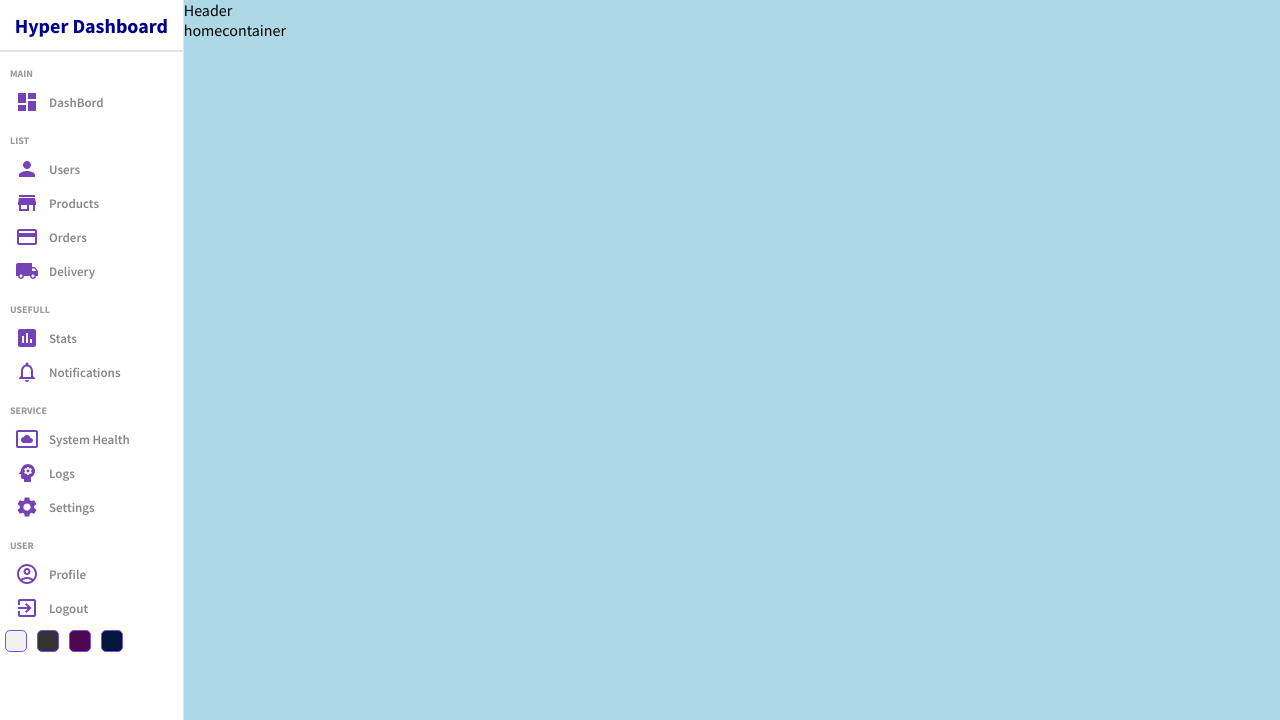
Repository: kenyi-mic/DashBoard
Page: /
The author's editor kept a copy of each file at every save. The page is drawn from the files as they stood at one save, then again after the next save.
The browser window is 1280 px wide. The pictures show the whole page.
The project was rebuilt for these pictures with package versions that can differ from the ones it lists, and the page was loaded fresh each time. Also part of the build but not shown: src/components/Header/header.scss, src/pages/list/List.jsx. Imported but missing from the stored project, and not drawn on this page: src/pages/login/Login, src/pages/new/New, src/pages/single/Single.

Above is the page before, as saved 2022-05-17 11:31:25.

### public/index.html
<!DOCTYPE html>
<html lang="en">

<head>
  <meta charset="utf-8" />
  <meta name="viewport" content="width=device-width, initial-scale=1" />
  <meta name="theme-color" content="#000000" />
  <meta name="description" content="Web site created using create-react-app" />
  <link rel="preconnect" href="https://fonts.googleapis.com">
  <link rel="preconnect" href="https://fonts.gstatic.com" crossorigin>
  <link
    href="https://fonts.googleapis.com/css2?family=Nunito:wght@200;300;400;500;600;700;800;900&family=Source+Sans+Pro:wght@200;300;400;600;700;900&display=swap"
    rel="stylesheet">
  <title>Hyper Dashboard</title>
  <style>
    * {
      margin: 0;
      font-family: 'Nunito', sans-serif;
      font-family: 'Source Sans Pro', sans-serif;
    }
  </style>
</head>

<body>
  <div id="root"></div>

</body>

</html>

### src/App.js
import { BrowserRouter, Routes, Route } from "react-router-dom";
import Home from "./pages/home/Home";
import Login from "./pages/login/Login";
import List from "./pages/list/List";
import Single from "./pages/single/Single";
import New from "./pages/new/New";

function App() {
  return (
    <div className="App">
      <BrowserRouter>
        <Routes>
          <Route path="/">
            <Route index element={<Home />} />
            <Route path="login" element={<Login />} />
            <Route path="users">
              <Route index element={<List />} />
              <Route path=":userId" element={<Single />} />
              <Route path="new" element={<New />} />
            </Route>
            <Route path="products">
              <Route index element={<List />} />
              <Route path=":productId" element={<Single />} />
              <Route path="new" element={<New />} />
            </Route>
          </Route>
        </Routes>
      </BrowserRouter>
    </div>
  );
}

export default App;

### src/pages/home/Home.jsx
import React from "react";
import Header from "../../components/Header/Header";
import Sidebar from "../../components/sidebar/Sidebar";
import "./home.scss";

function Home() {
  return (
    <div className="home">
      <Sidebar />
      <div className="homeContainer">
        <Header />
        homecontainer
      </div>
    </div>
  );
}

export default Home;

### src/components/Header/Header.jsx
import React from 'react'
import './header.scss'

function Header() {
  return (
    <div className="header">Header</div>
  )
}

export default Header

### src/components/sidebar/Sidebar.jsx
import React from "react";
import "./sidebar.scss";
import DashboardIcon from "@mui/icons-material/Dashboard";
import PersonIcon from "@mui/icons-material/Person";
import StoreIcon from "@mui/icons-material/Store";
import LocalShippingIcon from "@mui/icons-material/LocalShipping";
import PaymentIcon from "@mui/icons-material/Payment";
import InsertChartIcon from "@mui/icons-material/InsertChart";
import NotificationsNoneIcon from "@mui/icons-material/NotificationsNone";
import SettingsSystemDaydreamIcon from "@mui/icons-material/SettingsSystemDaydream";
import PsychologyIcon from "@mui/icons-material/Psychology";
import SettingsIcon from "@mui/icons-material/Settings";
import AccountCircleOutlinedIcon from "@mui/icons-material/AccountCircleOutlined";
import ExitToAppOutlinedIcon from "@mui/icons-material/ExitToAppOutlined";

function Sidebar() {
  return (
    <div className="sidebar">
      <div className="top">
        <span className="logo">Hyper Dashboard</span>
      </div>
      <hr className="ruler" />
      <div className="center">
        <ul className="list-group">
          <p className="title">MAIN</p>
          <li>
            <DashboardIcon className="icon" />
            <span>DashBord</span>
          </li>
          <p className="title">LIST</p>
          <li>
            <PersonIcon className="icon" />
            <span>Users</span>
          </li>
          <li>
            <StoreIcon className="icon" />
            <span>Products</span>
          </li>
          <li>
            <PaymentIcon className="icon" />
            <span>Orders</span>
          </li>
          <li>
            <LocalShippingIcon className="icon" />
            <span>Delivery</span>
          </li>
          <p className="title">USEFULL</p>
          <li>
            <InsertChartIcon className="icon" />
            <span>Stats</span>
          </li>
          <li>
            <NotificationsNoneIcon className="icon" />
            <span>Notifications</span>
          </li>
          <p className="title">SERVICE</p>
          <li>
            <SettingsSystemDaydreamIcon className="icon" />
            <span>System Health</span>
          </li>
          <li>
            <PsychologyIcon className="icon" />
            <span>Logs</span>
          </li>
          <li>
            <SettingsIcon className="icon" />
            <span>Settings</span>
          </li>
          <p className="title">USER</p>
          <li>
            <AccountCircleOutlinedIcon className="icon" />
            <span>Profile</span>
          </li>
          <li>
            <ExitToAppOutlinedIcon className="icon" />
            <span>Logout</span>
          </li>
        </ul>
      </div>
      <div className="bottom">
        <div className="colorOption"></div>
        <div className="colorOption"></div>
        <div className="colorOption"></div>
        <div className="colorOption"></div>
      </div>
    </div>
  );
}

export default Sidebar;

### src/pages/home/home.scss
.home{
    display: flex;
    .homeContainer{
        background-color: lightblue;
        flex:6;
    }
}

### src/components/sidebar/sidebar.scss
.sidebar{
    flex: 1;
    border-right: 0.5px solid rgb(230, 227, 227);
    min-height: 100vh;
    background-color:white !important;
    .top{
        height:50px;
        display: flex;
        align-items: center;
        justify-content: center;
        .logo{
            font-size: 20px;
            font-weight: bold;
            color: darkblue;
        }
    }
    hr{
        height: 0px;
        border: 0.5px solid rgb(230, 227, 227);
    }

    .center{
        padding-left: 10px;
        ul{
            list-style: none;
            margin: 0px;
            padding: 0px;
            .title{
                font-size:10px;
                font-weight:bold;
                color:#999;
                margin-top: 15px;
                margin-bottom:5px;
            }
            li{
                display: flex;
                align-items: center;
                padding: 5px;
                &:hover{
                    background-color:rgb(212, 212, 224);
                }
                .icon{
                    font: size 18px;
                    color: rgb(117, 67, 182)

                }
                span{
                    font-size:13px;
                    font-weight: 600;
                    color:#888;
                    margin-left:10px;
                }
            }
        }
    }
    .bottom{
        display: flex;
        .colorOption{
            width: 20px;
            height:20px;
            border-radius:5px;
            border: 1px solid #7451f8;
            cursor: pointer;
            margin: 5px;
            &:nth-child(1){
                background-color: #f1f1f1;
            }
            &:nth-child(2){
                background-color: #333;
            }
            &:nth-child(3){
                background-color: #4e064e;
            }
            &:nth-child(4){
                background-color: #04153a;
            }
        }
    }
}

Loaded but not shown: src/index.js (common file); src/pages/list/list.scss (no stored copy; drawn as an empty file)

After the next save:
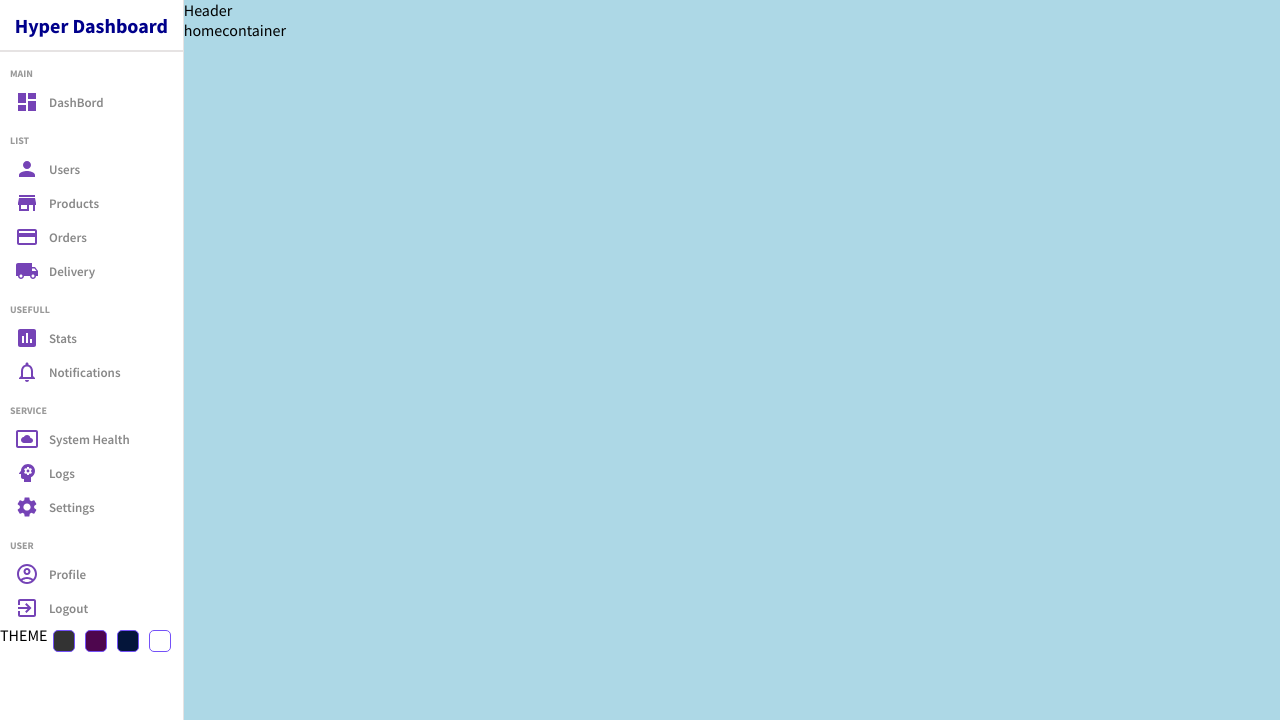
Saved 43 s later.
--- a/src/components/sidebar/Sidebar.jsx
+++ b/src/components/sidebar/Sidebar.jsx
@@ -78,6 +78,7 @@
         </ul>
       </div>
       <div className="bottom">
+        <p className="title">THEME</p>
         <div className="colorOption"></div>
         <div className="colorOption"></div>
         <div className="colorOption"></div>

After the save that followed:
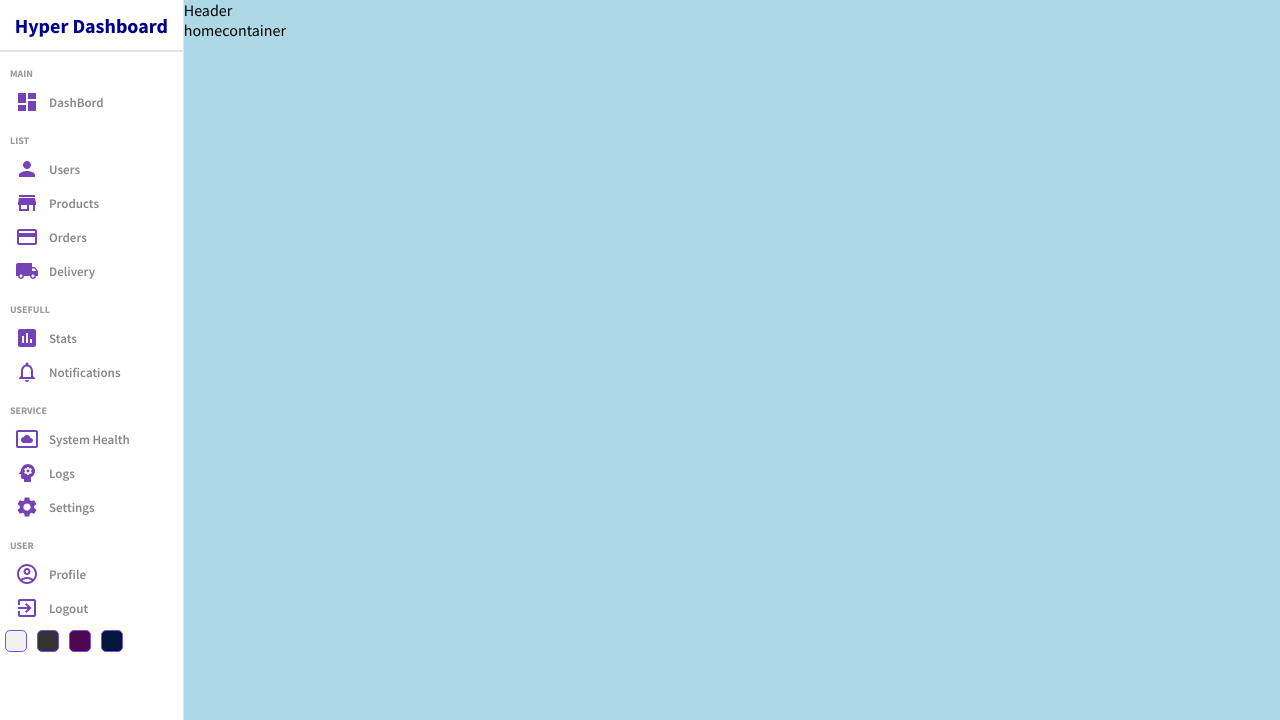
Saved 13 s later.
--- a/src/components/sidebar/Sidebar.jsx
+++ b/src/components/sidebar/Sidebar.jsx
@@ -78,7 +78,6 @@
         </ul>
       </div>
       <div className="bottom">
-        <p className="title">THEME</p>
         <div className="colorOption"></div>
         <div className="colorOption"></div>
         <div className="colorOption"></div>
